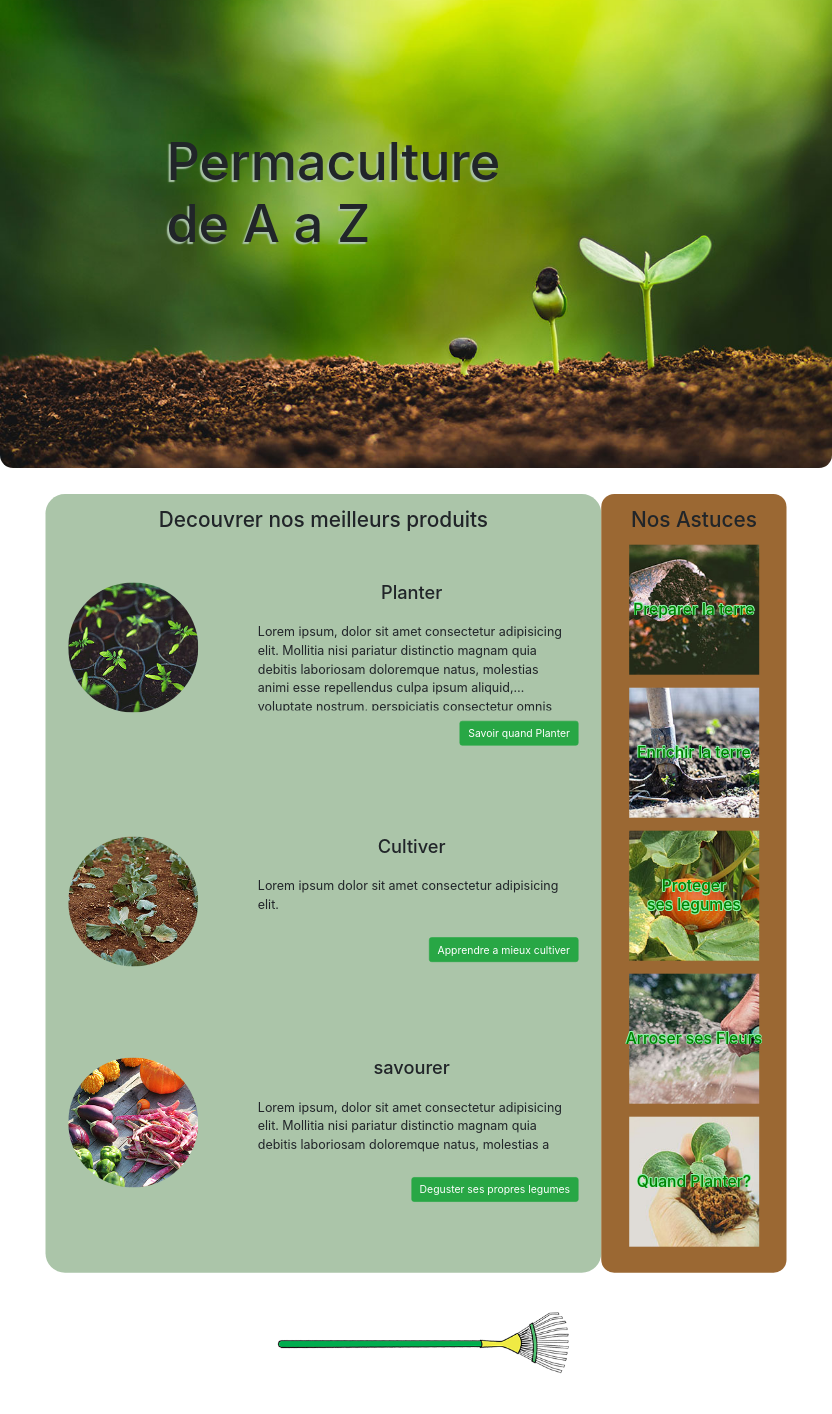
Repository: ahthionkevin/permaculture
Page: index.html
These files come from the project's save history. The page is drawn as it stood at one moment and after the next save; the edit follows.
The browser window is 1280 px wide. The pictures show the whole page, at 65% of full size.
Backgrounds fixed to the window are drawn as part of the page.

Above is the page before, as saved 2021-07-06 23:50:25.

### index.html
<!DOCTYPE html>
<html lang="fr">
<head>
    <meta charset="UTF-8">
    <meta http-equiv="X-UA-Compatible" content="IE=edge">
    <meta name="viewport" content="width=device-width, initial-scale=1.0">
    <title>Document</title>
    <link rel="stylesheet" href="./bootstrap.css">
    <link rel="stylesheet" href="./style.css">
</head>
<body>
    <header>
        <h1>Permaculture <br>de A a Z</h1>
    </header>
    <div class="container">
        <div class="row">
            <div class="col-lg-9" id="leftPart">
                <h2>Decouvrer nos meilleurs produits</h2>
                <div class="container">
                    <div class="row element">
                        <div class="col-sm-4">
                            <img src="./media/planter.jpg" alt="planter">
                        </div>
                        <div class="col-sm-8">
                            <h3>Planter</h3>
                            <p>Lorem ipsum, dolor sit amet consectetur adipisicing elit. Mollitia nisi pariatur distinctio magnam quia debitis laboriosam doloremque natus, molestias animi esse repellendus culpa ipsum aliquid, voluptate nostrum, perspiciatis consectetur omnis ipsa beatae? Debitis commodi rem voluptatum porro illo accusantium voluptas.</p>
                            <div class="bouton">
                                <button class="btn btn-success">Savoir quand Planter</button>
                            </div>

                        </div>
                    </div>

                    <div class="row element">
                        <div class="col-sm-4">
                            <img src="./media/cultiver.jpg" alt="cultiver">
                        </div>
                        <div class="col-sm-8">
                            <h3>Cultiver</h3>
                            <p>Lorem ipsum dolor sit amet consectetur adipisicing elit.</p>
                            <div class="bouton">
                                <button class="btn btn-success">Apprendre a mieux cultiver</button>
                            </div>

                        </div>
                    </div>

                    <div class="row element">
                        <div class="col-sm-4">
                            <img src="./media/savourer.jpg" alt="savourer">
                        </div>
                        <div class="col-sm-8">
                            <h3>savourer</h3>
                            <p>Lorem ipsum, dolor sit amet consectetur adipisicing elit. Mollitia nisi pariatur distinctio magnam quia debitis laboriosam doloremque natus, molestias a</p>
                            <div class="bouton">
                                <button class="btn btn-success">Deguster ses propres legumes</button>
                            </div>

                        </div>
                    </div>
                </div>
            </div>

            <div class="col-lg-3" id="rightPart">
                <h2>Nos Astuces</h2>
                <div class="tips" style="background: url(./media/preparer.jpeg) no-repeat 50% 50%;">
                    <h4>Preparer la terre</h4>
                </div>

                <div class="tips" style="background: url(./media/enrichir.jpeg) no-repeat 50% 50%;">
                    <h4>Enrichir la terre</h4>
                </div>

                <div class="tips" style="background: url(./media/proteger.jpg) no-repeat 50% 50%;">
                    <h4>Proteger <br>ses legumes</h4>
                </div>

                <div class="tips" style="background: url(./media/arroser.jpg) no-repeat 50% 50%;">
                    <h4>Arroser ses Fleurs</h4>
                </div>

                <div class="tips" style="background: url(./media/quand-planter.jpeg) no-repeat 50% 50%;">
                    <h4>Quand Planter?</h4>
                </div>
            </div>
        </div>
    </div>

    <div id="transition">
        <img src="./media/transition.png" alt="rateau">
    </div>

</body>
</html>

### style.css
html{
    scroll-behavior: smooth;
}

h2, h3, h4, .nav-item, #transition, footer{
    text-align: center;
}

header{
    background: url(./media/main.jpg) no-repeat fixed 50% 50%;
    background-size: cover;
    height: 100vh;
    border-radius: 0 0 20px 20px;
    margin-bottom: 40px;
}

h1{
    font-size: 5rem;
    padding: 200px 0 0 20%;
    text-shadow: -3px 3px 2px #abc5a9;
    animation: titre ease 3.5s;
}

@keyframes titre {
    0%{
        opacity: 0;
        transform: translate(0px,180px);
    }
    100%{
        opacity: 1;
        transform: translate(0px,0px);
    }
}


/* *******************LEFT PART***************** */
#leftPart{
    background-color: #abc5a9;
    border-radius: 30px;
    padding: 20px;
}

.element{
    padding: 70px 0;
}

.element img{
    border-radius: 50%;
    width: 200px;
}

.element p{
    font-size: 1.2rem;
    display: -webkit-box;
    -webkit-box-orient: vertical;
    -webkit-line-clamp: 4;
    overflow: hidden;
    padding: 20px;
}
.element .bouton{
    text-align: right;
    max-width: 15px 4% 0 0;
}


/* ***************RIGHT PART*********** */
#rightPart{
    background-color: #9b6833;
    border-radius: 20px;
    padding: 20px;
}

.tips{
    height: 200px;
    margin: 20px auto;
    transition: 0.4s ease-out;
}

.tips h4{
    position: relative;
    color: green;
    top: 50%;
    transform: translateY(-50%);
    text-shadow: 1px 1px 0  #8cf5a9,1px -1px 0  #8cf5a9,-1px 1px 0  #8cf5a9,-1px -1px 0  #8cf5a9,1px 0px 0  #8cf5a9,0px 1px 0  #8cf5a9;
}

.tips:hover{
    opacity: 0.7;
    transform: scale(110%);
}


#transition{
    padding: 50px 0;
}

#transition img{
    animation: rateau linear 4s;
    animation-iteration-count: infinite;
    transform-origin: 50% 50%;
  }

  @keyframes rateau{
    0% {
      transform:  translate(0px,0px)  ;
    }
    7% {
      transform:  translate(66px,1px)  ;
    }
    20% {
      transform:  translate(2px,0px)  ;
    }
    31% {
      transform:  translate(56px,1px)  ;
    }
    49% {
      transform:  translate(-1px,3px)  ;
    }
    58% {
      transform:  translate(69px,1px)  ;
    }
    74% {
      transform:  translate(2px,3px)  ;
    }
    82% {
      transform:  translate(81px,1px)  ;
    }
    100% {
      transform:  translate(2px,5px)  ;
    }
  }

Loaded but not shown: bootstrap.css (library)

After the next save:
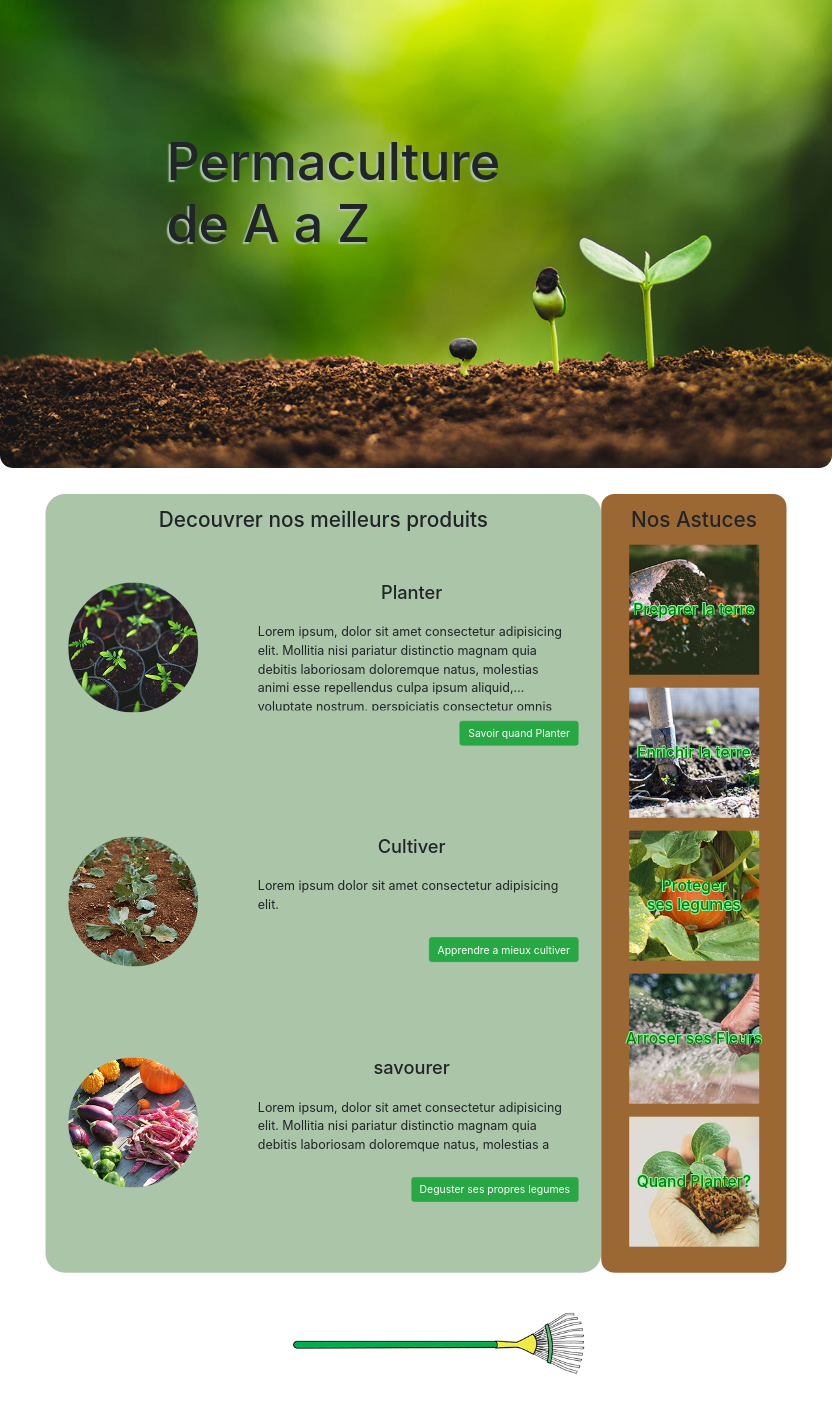
Saved 23 s later.
--- a/style.css
+++ b/style.css
@@ -95,7 +95,7 @@ h1{
 }
 
 #transition img{
-    animation: rateau linear 4s;
+    animation: rateau linear 8s;
     animation-iteration-count: infinite;
     transform-origin: 50% 50%;
   }
